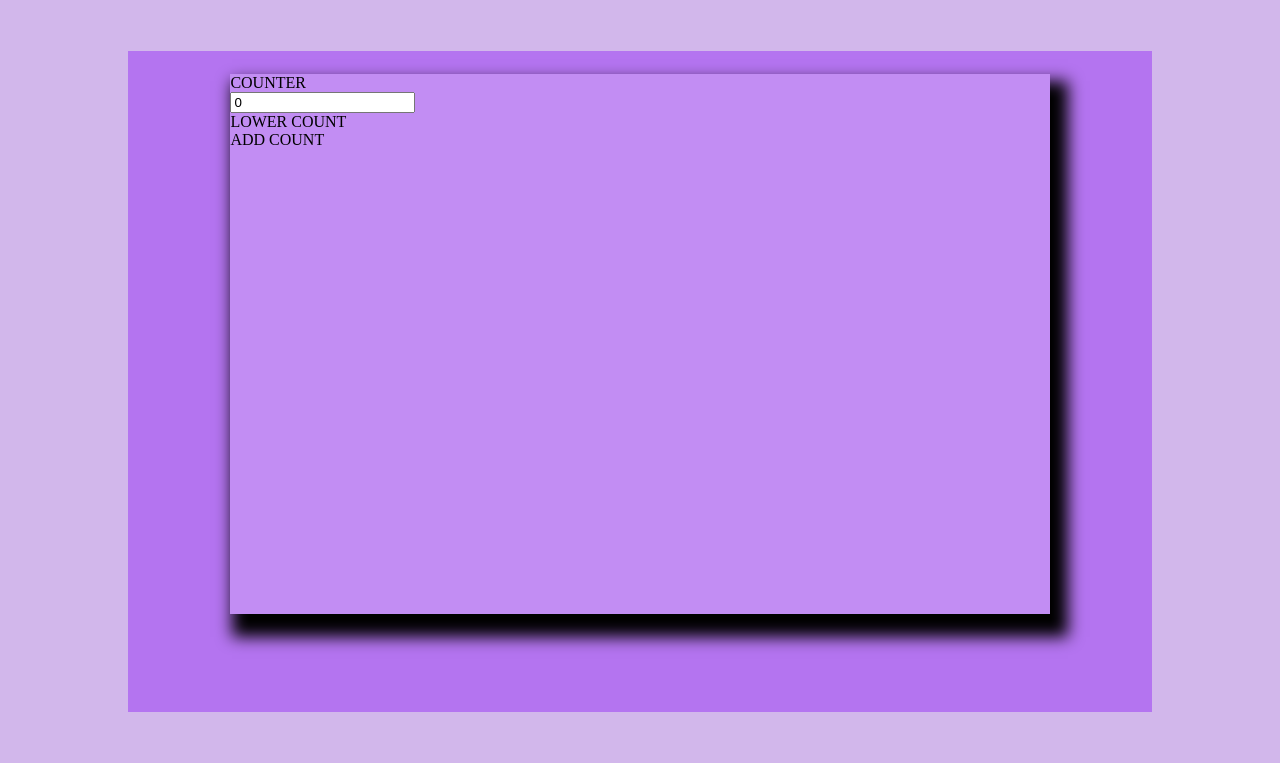
Repository: AnahitKhechumyan/Counter
Page: index.html
An editor plug-in stored every save of this project. The page is shown before and after the next save, followed by the edit.
The browser window is 1280 px wide. The pictures show the whole page.

Above is the page before, as saved 2022-02-14 17:09:48.

### index.html
<!DOCTYPE html>
<html lang="en">
<head>
    <meta charset="UTF-8">
    <meta http-equiv="X-UA-Compatible" content="IE=edge">
    <meta name="viewport" content="width=device-width, initial-scale=1.0">
    <link rel="stylesheet" href="style.css">
    <script src= "./script.js"></script>
    <title>Document</title>
</head>
<body>
    <div class="container">
        <div class="main">
            <div class="header">COUNTER</div>
            <div class="count"><input type= "text" value = "0"/></div>
            <div class= "lower">LOWER COUNT</div>
            <div class="add">ADD COUNT</div>
        </div>
    </div>
    <script src= "./script.js"></script>
</body>
</html>

### style.css
body{
    margin: 0;
    background-color: rgb(210, 183, 235);
}
.container{
    background-color: rgb(180, 116, 240);
    width: 80%;
    height: 90vh;
    margin: 4% 10%;
    padding-top: 1%;

}
.main{
    background-color: rgb(194, 141, 243);
    width: 80%;
    height: 75vh;
    margin: 1% 10%;
    box-shadow: 10px 15px 15px 8px;
}

Loaded but not shown: script.js (no copy from this time; the picture is the same without it)

After the next save:
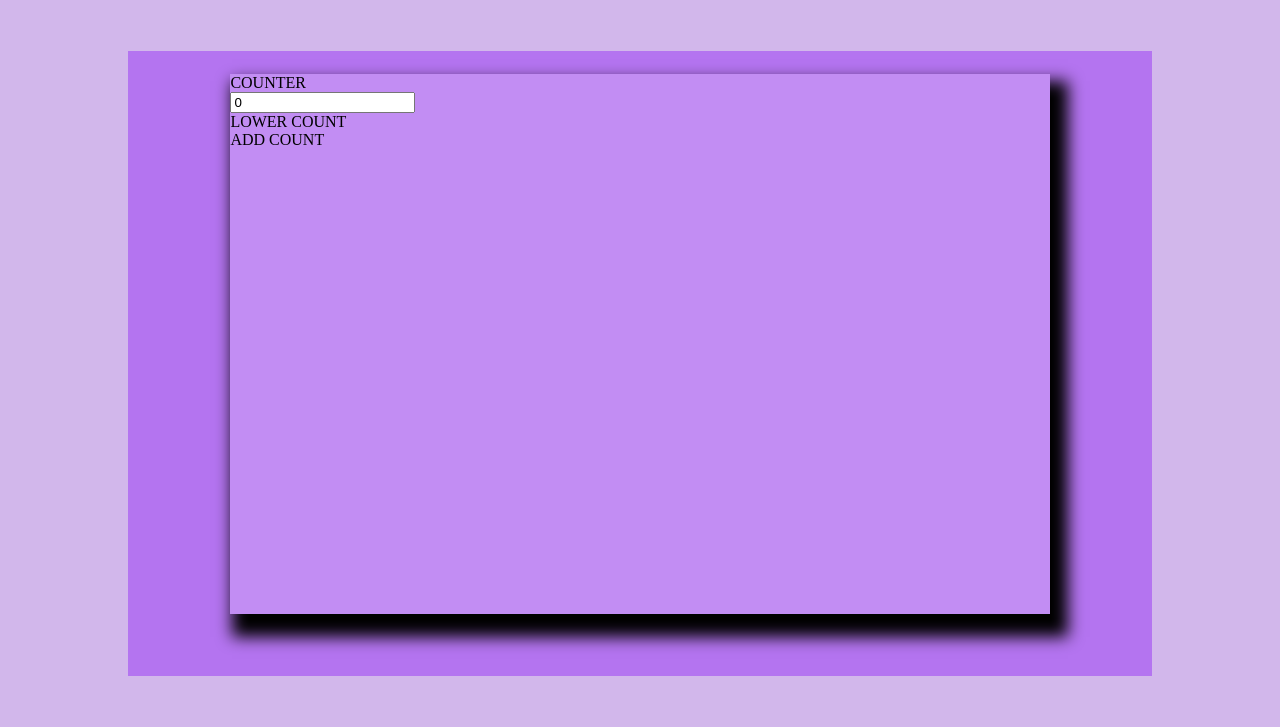
Saved 28 s later.
--- a/style.css
+++ b/style.css
@@ -5,7 +5,7 @@
 .container{
     background-color: rgb(180, 116, 240);
     width: 80%;
-    height: 90vh;
+    height: 85vh;
     margin: 4% 10%;
     padding-top: 1%;
 
